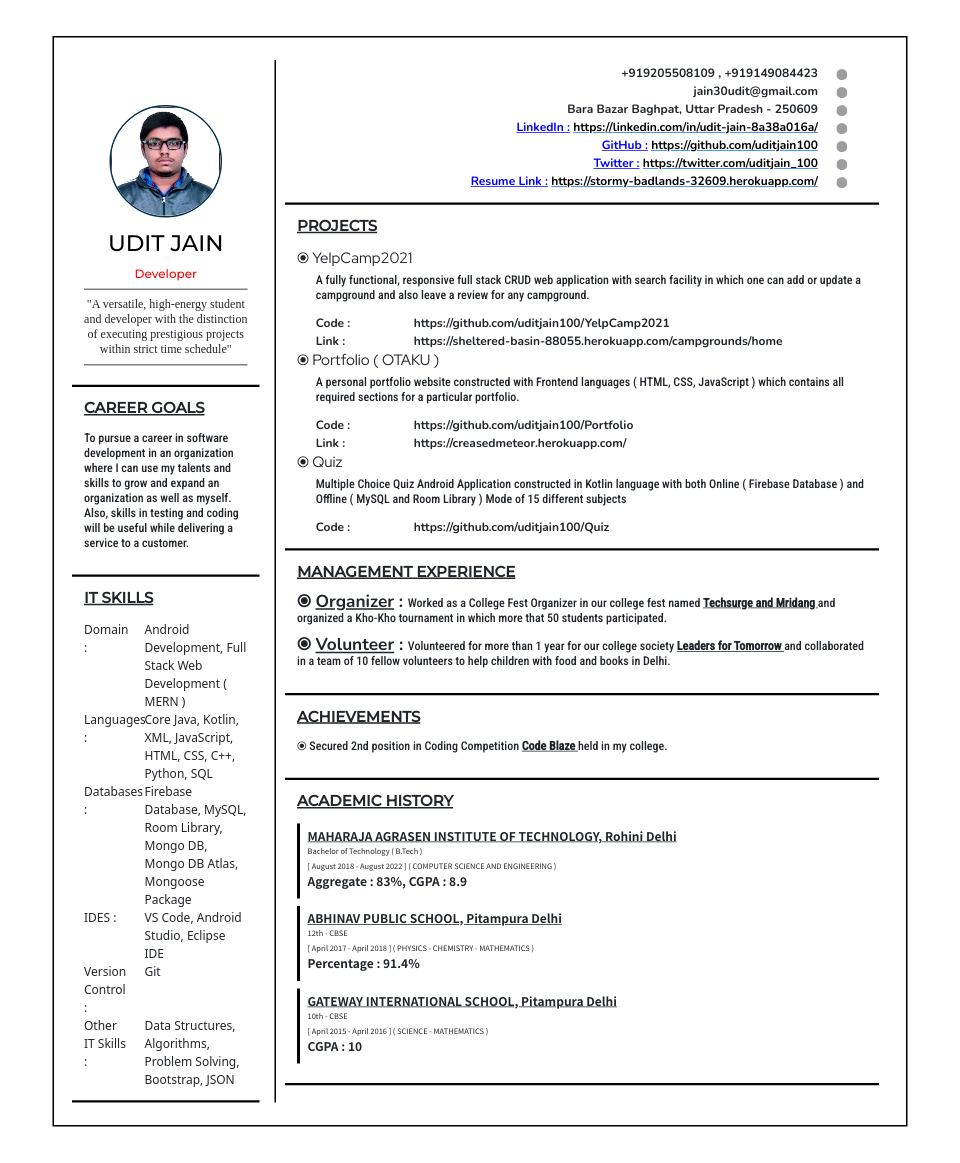
Repository: uditjain100/Resume
Page: app.html
An editor plug-in stored every save of this project. The page is shown before and after the next save, followed by the edit.
The browser window is 1280 px wide. The pictures show the whole page, at 75% of full size.
Pictures or frames that could not be fetched are drawn as grey boxes. Some web fonts or font styles are not loaded; a fallback is used.

Above is the page before, as saved 2021-05-27 18:46:20.

After the next save:
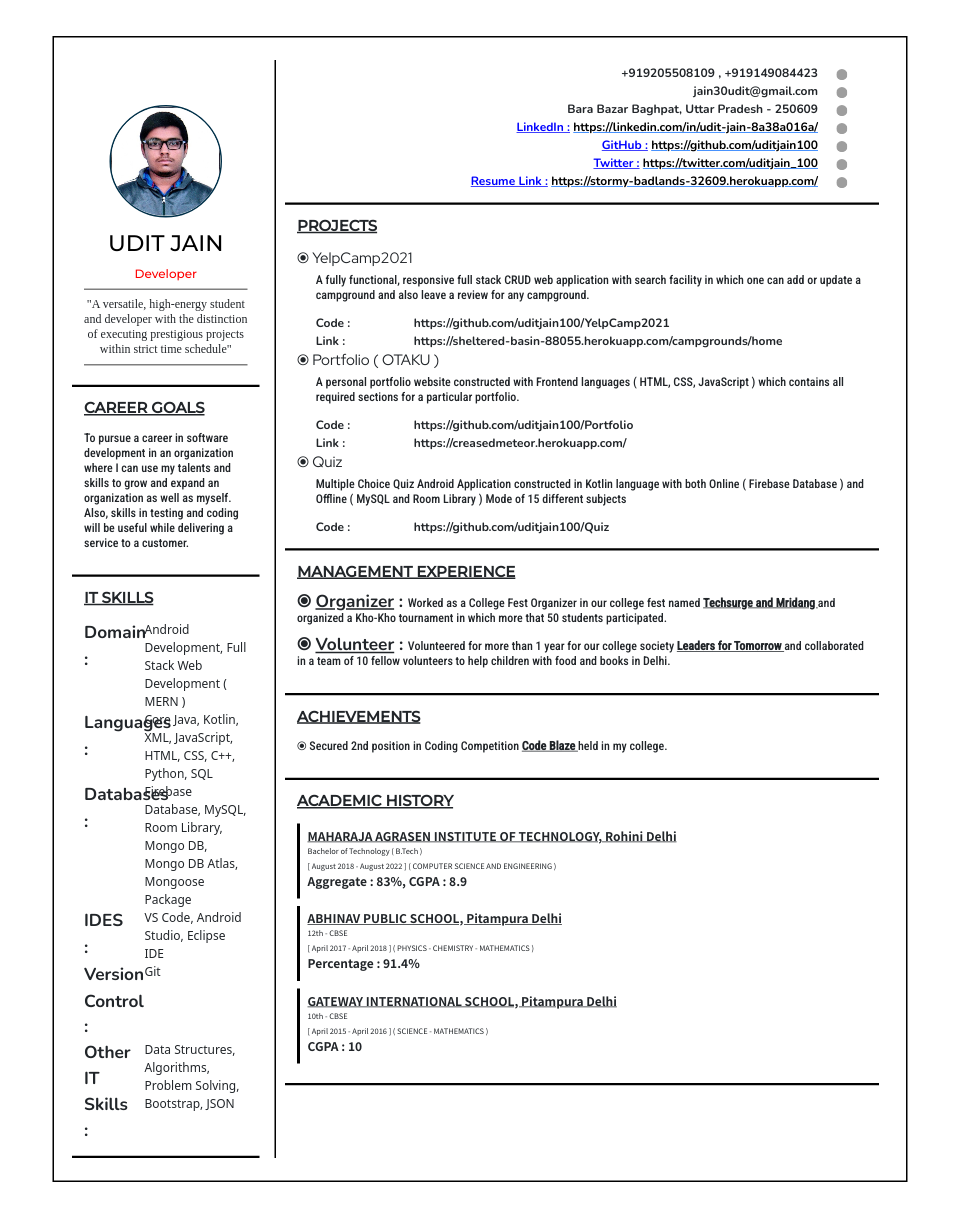
Saved 47 s later.
--- a/app.html
+++ b/app.html
@@ -105,37 +105,37 @@
 					<h3 class="card-title">IT SKILLS</h3>
 					<ul class="list-group">
 						<li id="itskillsitem" class="row">
-							<span class="col-4" id="que">Domain : </span>
+							<span class="col-4" id="tag">Domain : </span>
 							<span class="col-8" id="ans"
 								>Android Development, Full Stack Web Development ( MERN )</span
 							>
 						</li>
 						<li id="itskillsitem" class="row">
-							<span class="col-4" id="que">Languages : </span>
+							<span class="col-4" id="tag">Languages : </span>
 							<span class="col-8" id="ans"
 								>Core Java, Kotlin, XML, JavaScript, HTML, CSS, C++, Python,
 								SQL</span
 							>
 						</li>
 						<li id="itskillsitem" class="row">
-							<span class="col-4" id="que">Databases : </span>
+							<span class="col-4" id="tag">Databases : </span>
 							<span class="col-8" id="ans"
 								>Firebase Database, MySQL, Room Library, Mongo DB, Mongo DB
 								Atlas, Mongoose Package</span
 							>
 						</li>
 						<li id="itskillsitem" class="row">
-							<span class="col-4" id="que">IDES : </span>
+							<span class="col-4" id="tag">IDES : </span>
 							<span class="col-8" id="ans"
 								>VS Code, Android Studio, Eclipse IDE</span
 							>
 						</li>
 						<li id="itskillsitem" class="row">
-							<span class="col-4" id="que">Version Control : </span>
+							<span class="col-4" id="tag">Version Control : </span>
 							<span class="col-8" id="ans">Git</span>
 						</li>
 						<li id="itskillsitem" class="row">
-							<span class="col-4" id="que">Other IT Skills : </span>
+							<span class="col-4" id="tag">Other IT Skills : </span>
 							<span class="col-8" id="ans"
 								>Data Structures, Algorithms, Problem Solving, Bootstrap,
 								JSON</span

After the save that followed:
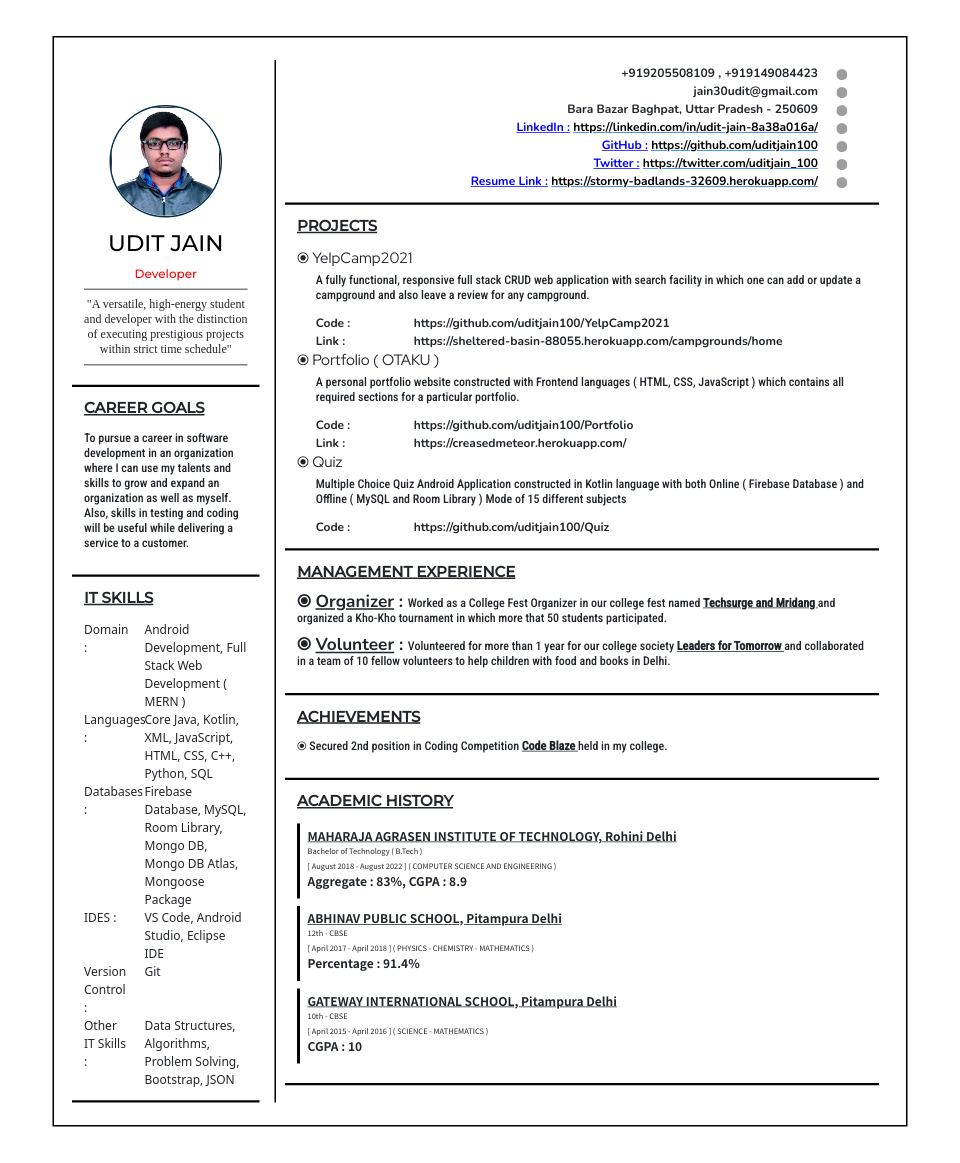
Saved 31 s later.
--- a/app.html
+++ b/app.html
@@ -105,37 +105,37 @@
 					<h3 class="card-title">IT SKILLS</h3>
 					<ul class="list-group">
 						<li id="itskillsitem" class="row">
-							<span class="col-4" id="tag">Domain : </span>
+							<span class="col-4" id="que">Domain : </span>
 							<span class="col-8" id="ans"
 								>Android Development, Full Stack Web Development ( MERN )</span
 							>
 						</li>
 						<li id="itskillsitem" class="row">
-							<span class="col-4" id="tag">Languages : </span>
+							<span class="col-4" id="que">Languages : </span>
 							<span class="col-8" id="ans"
 								>Core Java, Kotlin, XML, JavaScript, HTML, CSS, C++, Python,
 								SQL</span
 							>
 						</li>
 						<li id="itskillsitem" class="row">
-							<span class="col-4" id="tag">Databases : </span>
+							<span class="col-4" id="que">Databases : </span>
 							<span class="col-8" id="ans"
 								>Firebase Database, MySQL, Room Library, Mongo DB, Mongo DB
 								Atlas, Mongoose Package</span
 							>
 						</li>
 						<li id="itskillsitem" class="row">
-							<span class="col-4" id="tag">IDES : </span>
+							<span class="col-4" id="que">IDES : </span>
 							<span class="col-8" id="ans"
 								>VS Code, Android Studio, Eclipse IDE</span
 							>
 						</li>
 						<li id="itskillsitem" class="row">
-							<span class="col-4" id="tag">Version Control : </span>
+							<span class="col-4" id="que">Version Control : </span>
 							<span class="col-8" id="ans">Git</span>
 						</li>
 						<li id="itskillsitem" class="row">
-							<span class="col-4" id="tag">Other IT Skills : </span>
+							<span class="col-4" id="que">Other IT Skills : </span>
 							<span class="col-8" id="ans"
 								>Data Structures, Algorithms, Problem Solving, Bootstrap,
 								JSON</span
